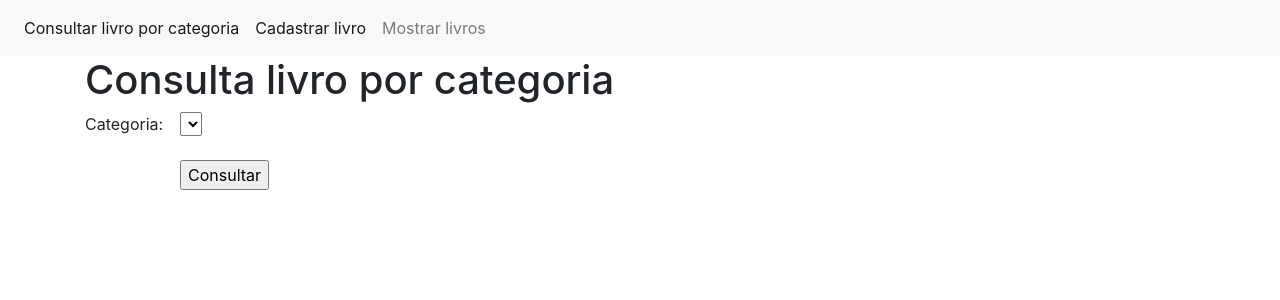
Repository: SrtaVerdant/projeto-livraria
Page: http://localhost/ProjetoLivraria/listaLivroPorCategoria.jsp
The author's editor kept a copy of each file at every save. The page is drawn from the files as they stood at one save, then again after the next save.
The browser window is 1280 px wide. The pictures show the whole page.
Some web libraries are served in a nearby version. The page is served by Tomcat 9. Other server files are loaded and not shown. Queries for data that is not in the repository find no rows.

Above is the page before, as saved 2022-10-29 20:28:28.

### ProjetoLivraria/src/main/webapp/listaLivroPorCategoria.jsp
<%@page import="com.livraria.dao.CategoriaDao"%>
<%@page import="com.livraria.bean.Categoria"%>
<%@page import="java.util.List"%>
<%@ page language="java" contentType="text/html; charset=ISO-8859-1"
    pageEncoding="UTF-8"%>
<!DOCTYPE html>
<html>
	<head>
		<meta charset="UTF-8">
		<title>Editar livro</title>
		<link rel="stylesheet" href="https://cdn.jsdelivr.net/npm/bootstrap@4.0.0/dist/css/bootstrap.min.css" integrity="sha384-Gn5384xqQ1aoWXA+058RXPxPg6fy4IWvTNh0E263XmFcJlSAwiGgFAW/dAiS6JXm" crossorigin="anonymous">
		<script src="https://code.jquery.com/jquery-3.2.1.slim.min.js" integrity="sha384-KJ3o2DKtIkvYIK3UENzmM7KCkRr/rE9/Qpg6aAZGJwFDMVNA/GpGFF93hXpG5KkN" crossorigin="anonymous"></script>
		<script src="https://cdn.jsdelivr.net/npm/popper.js@1.12.9/dist/umd/popper.min.js" integrity="sha384-ApNbgh9B+Y1QKtv3Rn7W3mgPxhU9K/ScQsAP7hUibX39j7fakFPskvXusvfa0b4Q" crossorigin="anonymous"></script>
		<script src="https://cdn.jsdelivr.net/npm/bootstrap@4.0.0/dist/js/bootstrap.min.js" integrity="sha384-JZR6Spejh4U02d8jOt6vLEHfe/JQGiRRSQQxSfFWpi1MquVdAyjUar5+76PVCmYl" crossorigin="anonymous"></script>
	</head>
	<body>

		<%@page import="com.livraria.bean.*, com.livraria.dao.*" %>
		<%@ taglib uri="http://java.sun.com/jsp/jstl/core" prefix="c" %>

		<%

			List<Categoria> listcategoria = CategoriaDao.listarCategoria();
			request.setAttribute("listcategoria", listcategoria);

		%>

		<nav class="navbar navbar-expand-lg navbar-light bg-light">
	  <div class="collapse navbar-collapse" id="navbarNav">
	    <ul class="navbar-nav">
	   		<li class="nav-item active">
	        <a class="nav-link" href="consultaPorCategoria.jsp">Consultar livro por categoria <span class="sr-only">(current)</span></a>
	      </li>
	      <li class="nav-item active">
	        <a class="nav-link" href="#">Cadastrar livro <span class="sr-only">(current)</span></a>
	      </li>
	      <li class="nav-item">
	        <a class="nav-link" href="#">Mostrar livros</a>
	      </li>
	    </ul>
	  </div>
	</nav>

		<div class="container">
			<h1>Consulta livro por categoria</h1>

			<form action="editar" method="POST">
				<div class="row mb-3">
					<div class="col-1">
						<label>Categoria:</label>
					</div>
					<div class="col-11">
						<select name="categoria">
							<c:forEach items="${listcategoria}" var="categoria">
								<option>${categoria.getNome()}</option>
							</c:forEach>
						</select>
					</div>
				</div>
				<div class="row mb-3">
					<div class="col-1">

					</div>
					<div class="col-11">
						<input type="submit" name="btn" value="Consultar"/>
					</div>
				</div>

			</form>
		</div>


	</body>

</html>

### ProjetoLivraria/src/main/java/com/livraria/dao/CategoriaDao.java
package com.livraria.dao;

import java.sql.Connection;
import java.sql.DriverManager;
import java.sql.PreparedStatement;
import java.sql.ResultSet;
import java.util.ArrayList;
import java.util.List;

import com.livraria.bean.Categoria;
import com.livraria.bean.Livro;

public class CategoriaDao {

	public static Connection getConnection() {
		Connection connection = null;

		try {
			Class.forName("com.mysql.cj.jdbc.Driver");
			connection = DriverManager.getConnection("jdbc:mysql://localhost/bdlivraria", "root", "root");
		}catch (Exception e) {
			System.out.println(e);
		}
		return connection;
	}

	public static List<Categoria> listarCategoria() {
		List<Categoria> listcategoria = new ArrayList<Categoria>();

		try {
			Connection connection = getConnection();
			PreparedStatement ps = connection.prepareStatement("SELECT * FROM tbcategorias");
			ResultSet rs = ps.executeQuery();

			while(rs.next()) {
				Categoria categoria = new Categoria();
				categoria.setNome(rs.getString("categoria"));
				listcategoria.add(categoria);
			}
		}catch (Exception e) {
			System.out.println(e);
		}

		return listcategoria;
	}

}

After the next save:
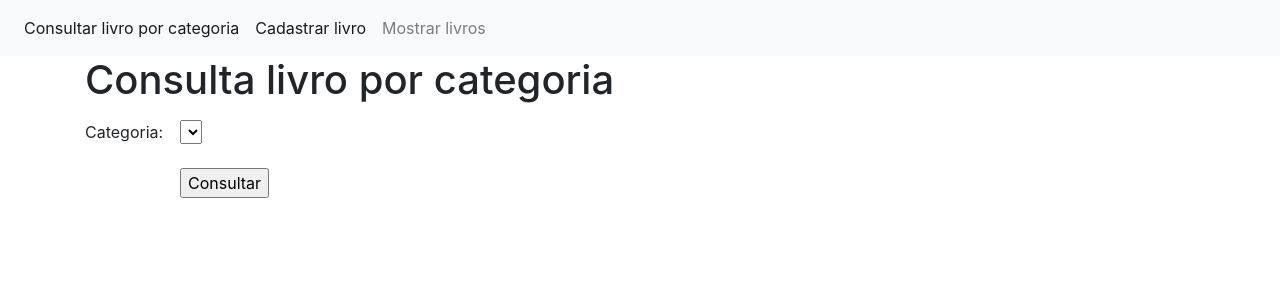
Saved 21 s later.
--- a/ProjetoLivraria/src/main/webapp/listaLivroPorCategoria.jsp
+++ b/ProjetoLivraria/src/main/webapp/listaLivroPorCategoria.jsp
@@ -42,7 +42,7 @@
 	</nav>
 
 		<div class="container">
-			<h1>Consulta livro por categoria</h1>
+			<h1 class="mb-3">Consulta livro por categoria</h1>
 
 			<form action="editar" method="POST">
 				<div class="row mb-3">
